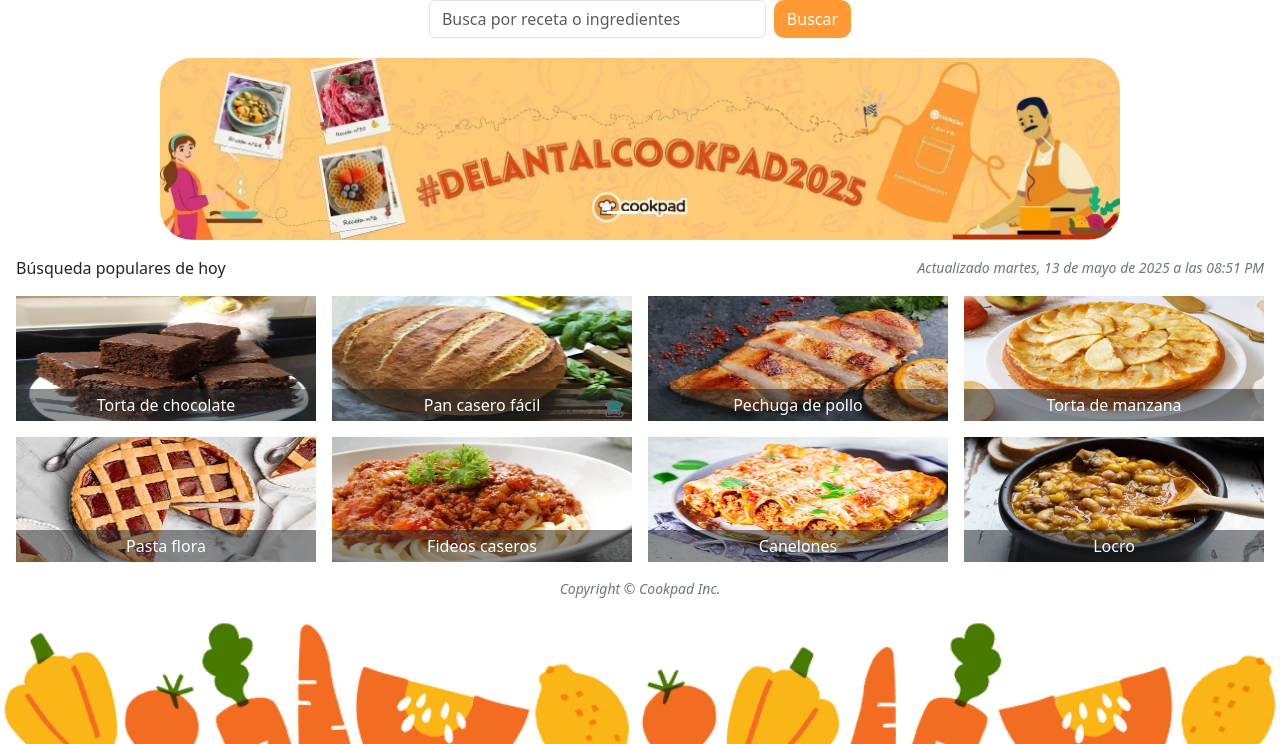
Repository: lucasp3113/coockpad
Page: index.html
The author's editor kept a copy of each file at every save. The page is drawn from the files as they stood at one save, then again after the next save.
The browser window is 1280 px wide. The pictures show the part of the page from y = 336 to 1080 px (the page is 1080 px tall).
A picture or video elsewhere on the page could not be fetched, so the positions and the page height are approximate.

Above is the page before, as saved 2025-05-15 14:10:42.

After the next save:
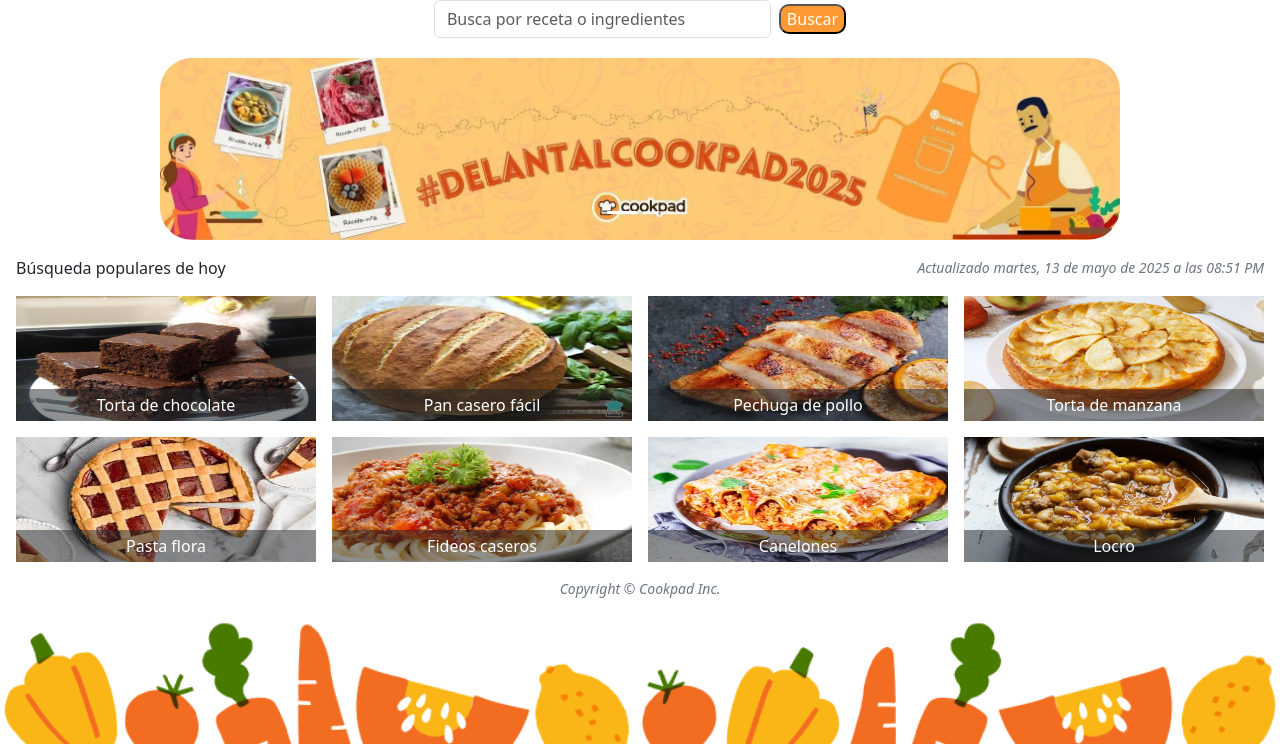
Saved 7 s later.
--- a/index.html
+++ b/index.html
@@ -16,7 +16,7 @@
     </header>
     <nav class="d-flex flex-row d-flex justify-content-center d-flex align-items-center m-3">
         <input type="text" class="form-control m-1 w-27" placeholder="Busca por receta o ingredientes"/>
-        <button type="submit" class="btn btn-orange m-1 text-white">Buscar</button>
+        <button type="submit" class="btn-orange m-1 text-white">Buscar</button>
     </nav>
     <main>
         <section class="w-75 mx-auto">
